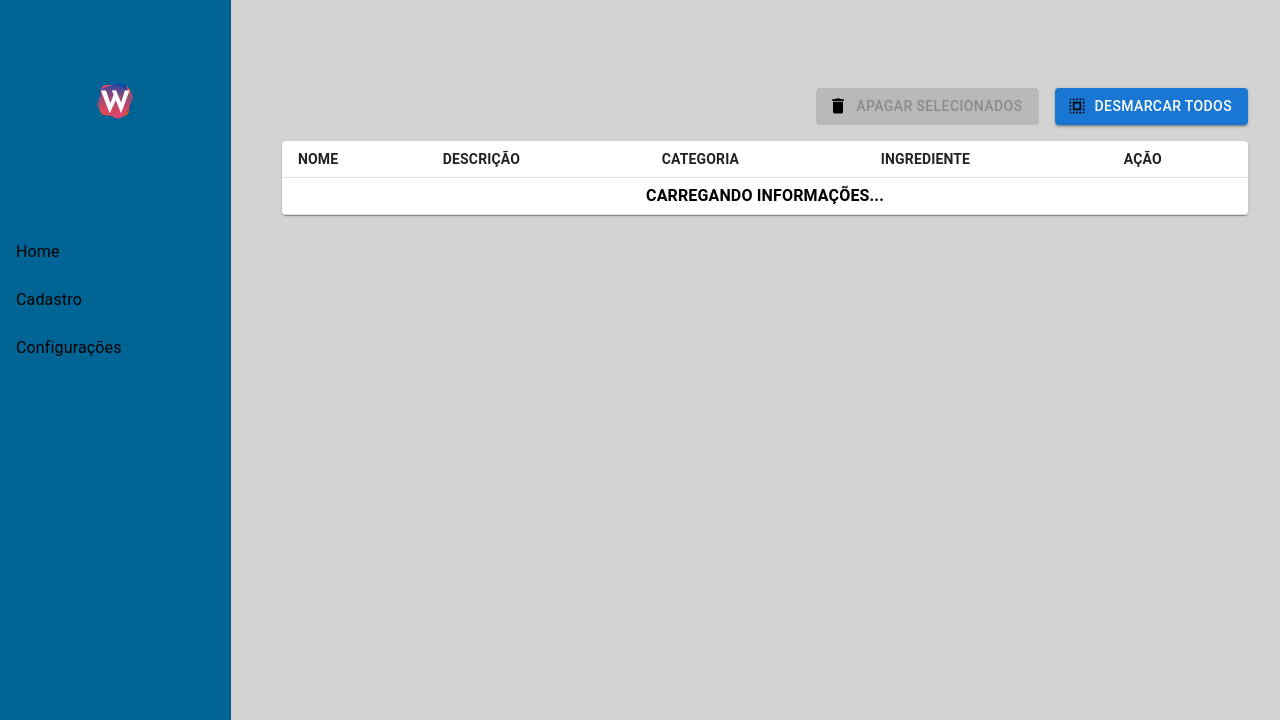
Repository: oZanella/projeto_windel_web_CRM
Page: /
An editor plug-in stored every save of this project. The page is shown before and after the next save, followed by the edit.
The browser window is 1280 px wide. The pictures show the whole page.
The page's requests for data from a server got no answer. The project was rebuilt for these pictures with package versions that can differ from the ones it lists, and the page was loaded fresh each time. No one was signed in, and anything a server would have sent is missing. Also part of the build but not shown: vite.config.js, src/routes/Configuracoes.jsx. Imported but missing from the stored project, and not drawn on this page: src/routes/Cadastro.jsx.

Above is the page before, as saved 2024-08-19 08:57:56.

### index.html
<!doctype html>
<html lang="en">

<head>
  <meta charset="UTF-8" />
  <link rel="icon" type="image/svg+xml" href="./src/image/LogoWindel.svg" />
  <link rel="stylesheet" href="src/style/GlobalStyles.css" />
  <link href="https://fonts.googleapis.com/css2?family=Playfair+Display&display=swap" rel="stylesheet">

  <meta name="viewport" content="width=device-width, initial-scale=1.0" />
  <title>Projeto Teste - CRM </title>
</head>

<body>
  <div id="root"></div>
  <script type="module" src="/src/main.jsx"></script>
</body>

</html>

### src/style/GlobalStyles.css
:root {
  --click: #7fa8c4;
  --primary: #E8F1F2;
  --darkblue: #13293D;
  --secondary: #000000;
  --ligthblue: #1b98e0;
  --animation: #006494;
  --ligthkgrey: #D3D3D3;
  --blueceledron: #247ba0;
  --delete: #FF0000;
}

* {
    color: var(--secondary);
}

body {
  background-color: var(--ligthkgrey);
}

### src/main.jsx
import { createBrowserRouter, RouterProvider, Navigate } from "react-router-dom"
import { createRoot } from 'react-dom/client'
import { StrictMode } from 'react'
import { App } from './App.jsx'

import './style/GlobalStyles.css'

//páginas do projeto
import { Cadastro } from './routes/Cadastro.jsx'
import { Home } from './routes/Home.jsx'
import { Configuracoes } from './routes/configuracoes.jsx'

const router = createBrowserRouter([
  {
    element: <App />,
    children: [
      {
        path: '/',
        element: <Navigate to="/home" replace />,
      },
      {
        path: '/home',
        element: <Home />,
      },
      {
        path: '/cadastro',
        element: <Cadastro />,
      },
      {
        path: '/configuracoes',
        element: <Configuracoes />,
      },
    ],
  },
])

createRoot(document.getElementById('root')).render(
  <StrictMode>
    <RouterProvider router={router} />
  </StrictMode>,
)

### src/App.jsx
import { Header } from './components/Header'
import { Outlet } from 'react-router-dom'
import { Box } from '@mui/material'
import './style/GlobalStyles.css'

export function App() {
  return (
    <Box sx={{ p: { xs: 2, sm: 3 }, marginTop: { xs: 8, sm: 8 } }}>
      <Header />
      <Box>
        <Outlet />
      </Box>
    </Box>
  );
}

### src/routes/Home.jsx
import React, { useEffect, useState } from 'react';
import { Box, TextField, Button, Dialog, DialogActions, DialogContent, DialogTitle, Select, MenuItem, FormControl, InputLabel } from '@mui/material';

import { handleShowDetails, handleEdit, handleSave, handleInputChange } from '../components/Handle';
import { CardDados } from '../components/TableHome';

import { blogFetch } from '../axios/config';


export const Home = () => {
  const [posts, setPosts] = useState([]);
  const [selectInfo, setSelectInfo] = useState(null);
  const [modeEdit, setModeEdit] = useState(null);
  const [dataEdit, setDataEdit] = useState({});
  const [openAddDialog, setOpenAddDialog] = useState(false);
  const [newPost, setNewPost] = useState({ name: '', description: '', category: '' });

  const getPosts = async () => {
    try {
      const response = await blogFetch.get("/recipe");
      const uniqueData = response.data.filter((value, index, self) =>
        index === self.findIndex((t) => t.id === value.id)
      );
      setPosts(uniqueData); // Garante que não tenha dados duplicados
    } catch (error) {
      console.log(error);
    }
  };

  useEffect(() => {
    getPosts();
  }, []);

  const handleDelete = async (postId) => {
    try {
      await blogFetch.delete(`/recipe/${postId}`);
      setPosts(posts.filter(post => post.id !== postId));
      console.log('Post deletado com sucesso');
    } catch (error) {
      console.error('Erro ao deletar o post', error);
    }
  };

  const handleAddOpen = () => setOpenAddDialog(true);
  const handleAddClose = () => setOpenAddDialog(false);

  {/* API para envio do novo registro*/ }
  const handleAdd = async () => {
    try {
      const newPostFormatted = {
        name: newPost.name,
        description: newPost.description,
        ingredients: [],
        category: newPost.category,
        isFavorite: newPost.isFavorite
      };

      const response = await blogFetch.post("/recipe", newPostFormatted);
      setPosts([...posts, response.data]);
      setNewPost({ name: '', description: '', category: '', isFavorite: false });
      handleAddClose();
      console.log('Post adicionado com sucesso');
    } catch (error) {
      console.error('Erro ao adicionar o post', error);
    }
  };

  return (
    <Box>
      {/* Dados para Adicionar Novo Registro */}
      <Dialog open={openAddDialog} onClose={handleAddClose}>
        <DialogTitle>Adicionar Novo Registro</DialogTitle>
        <DialogContent>
          <TextField
            name="name"
            label="Nome"
            value={newPost.name}
            onChange={(e) => setNewPost({ ...newPost, name: e.target.value })}
            fullWidth
            sx={{ marginBottom: 2 }}
          />
          <TextField
            name="description"
            label="Descrição"
            value={newPost.description}
            onChange={(e) => setNewPost({ ...newPost, description: e.target.value })}
            fullWidth
            sx={{ marginBottom: 2 }}
          />
          <TextField
            name="category"
            label="Categoria"
            value={newPost.category}
            onChange={(e) => setNewPost({ ...newPost, category: e.target.value })}
            fullWidth
            sx={{ marginBottom: 2 }}
          />
          <FormControl fullWidth sx={{ marginBottom: 2 }}>
            <InputLabel>Favorito</InputLabel>
            <Select
              name="isFavorite"
              value={newPost.isFavorite}
              onChange={(e) => setNewPost({ ...newPost, isFavorite: e.target.value })}
              label="Favorito"
            >
              <MenuItem value={true}>Sim</MenuItem>
              <MenuItem value={false}>Não</MenuItem>

            </Select>
          </FormControl>
        </DialogContent>
        <DialogActions>
          <Button onClick={handleAddClose}>Cancelar</Button>
          <Button onClick={handleAdd}>Adicionar</Button>
        </DialogActions>
      </Dialog>

      <CardDados
        posts={posts}
        handleDelete={handleDelete}
        handleEdit={handleEdit}
        handleSave={handleSave}
        modeEdit={modeEdit}
        setModeEdit={setModeEdit}
        dataEdit={dataEdit}
        setDataEdit={setDataEdit}
        handleInputChange={handleInputChange}
        selectInfo={selectInfo}
        setSelectInfo={setSelectInfo}
        handleShowDetails={handleShowDetails}
      />
    </Box>
  );
};

### src/components/Header.jsx
import { AppBar, Toolbar, Typography, Box, IconButton, Drawer, List, ListItem, ListItemText } from '@mui/material';
import MenuIcon from '@mui/icons-material/Menu';
import Logo from '../image/LogoWindel.svg';
import { Link } from 'react-router-dom';
import React, { useState } from 'react';

export const Header = () => {
  const [isDrawerOpen, setIsDrawerOpen] = useState(false);

  const toggleDrawer = (open) => () => {
    setIsDrawerOpen(open);
  };

  const menuItems = [
    { text: 'Home', link: '/home' },
    { text: 'Cadastro', link: '/cadastro' },
    { text: 'Configurações', link: '/configuracoes' },
  ];

  return (
    <>
      {/* Mobile AppBar */}
      <AppBar
        position="fixed"
        sx={{
          display: { xs: 'flex', sm: 'none' },
          width: '100%',
          boxShadow: '0px 0.01px 11px var(--secondary)',
          top: 0,
          left: 0,
          backgroundColor: 'var(--darkblue)',
        }}
      >
        <Toolbar
          sx={{
            display: 'flex',
            justifyContent: 'space-between',
          }}
        >
          <IconButton
            edge="start"
            color="inherit"
            aria-label="menu"
            onClick={toggleDrawer(true)}
          >
            <MenuIcon />
          </IconButton>
          <Typography variant="h6" sx={{ flexGrow: 1 }}>
            Cooking Cake
          </Typography>
          <IconButton
            to={`/home`}
            sx={{
              cursor: 'default',
            }}
            component={Link}
            aria-label="logo"
          >
            <img src={Logo} alt="Logo" style={{ width: '50px', height: '40px' }} />
          </IconButton>
        </Toolbar>
      </AppBar>

      {/* Mobile Drawer */}
      <Drawer
        anchor="left"
        open={isDrawerOpen}
        onClose={toggleDrawer(false)}
        sx={{
          display: { xs: 'block', sm: 'none' },
          '& .MuiDrawer-paper': {
            width: 240,
            backgroundColor: 'var(--darkblue)',
          },
        }}
      >
        <Box sx={{ padding: 2, display: 'flex', flexDirection: 'column', alignItems: 'center' }}>
          <IconButton
            to={`/home`}
            sx={{ cursor: 'default' }}
            component={Link}
            aria-label="logo"
          >
            <img src={Logo} alt="Logo" style={{ width: '80px', height: '60px' }} />
          </IconButton>
        </Box>
        <List>
          {menuItems.map((item) => (
            <ListItem key={item.text} component={Link} to={item.link} onClick={toggleDrawer(false)}>
              <ListItemText primary={item.text} />
            </ListItem>
          ))}
        </List>
      </Drawer>

      {/* Desktop Drawer */}
      <Drawer
        variant="permanent"
        sx={{
          display: { xs: 'none', sm: 'block' },
          '& .MuiDrawer-paper': {
            width: 230,
            backgroundColor: 'var(--animation)',
          },
        }}
        open
      >
        <Toolbar />

        <Box sx={{ mb: 10, display: 'flex', flexDirection: 'column', alignItems: 'center' }}>
          <IconButton
            to={`/home`}
            sx={{ cursor: 'default' }}
            component={Link}
            aria-label="logo"
          >
            <img src={Logo} alt="Logo" style={{ width: '80px', height: '60px' }} />
          </IconButton>
        </Box>

        <Box sx={{ overflow: 'auto' }}>
          <List>
            {menuItems.map((item) => (
              <ListItem key={item.text} component={Link} to={item.link}>
                <ListItemText primary={item.text} />
              </ListItem>
            ))}
          </List>
        </Box>
      </Drawer>
    </>
  );
};

### src/components/Handle.jsx

import { blogFetch } from '../axios/config';


export const handleShowDetails = (post, setSelectInfo, selectInfo) => {
  if (selectInfo?.id === post.id) {
    setSelectInfo(null); // Fecha se já estiver aberto
  } else {
    setSelectInfo(post); // Abre o post atual
  }
};

export const handleEdit = (post, setModeEdit, setDataEdit) => {
  setModeEdit(post.id);
  setDataEdit(post);
};

//continua com erro, verificar!!
export const handleSave = async (postId, updateData) => {
  try {
    // Envie uma requisição PUT ou POST para salvar os dados atualizados
    const response = await blogFetch.put(`/blogFetch/posts/${postId}`, updateData);
    console.log('Dados salvos com sucesso', response.data);

  } catch (error) {
    console.error('Erro de API', error);
  }
};

export const handleInputChange = (e, setDataEdit) => {
  setDataEdit(prevDataEdit => ({ ...prevDataEdit, [e.target.name]: e.target.value }));
};

### src/components/TableHome.jsx
import React, { useState, useEffect } from 'react';
import {
  Table, TableBody, TableCell, TableContainer, TableHead, TableRow, Typography, Box, Button, IconButton, TextField, Dialog, DialogContent, DialogActions, FormControlLabel, Switch, Chip, Paper, Checkbox
} from '@mui/material';
import EditIcon from '@mui/icons-material/Edit';
import SaveIcon from '@mui/icons-material/Save';
import AddIcon from '@mui/icons-material/Add';
import CloseIcon from '@mui/icons-material/Close';
import DeleteIcon from '@mui/icons-material/Delete';
import SelectAllIcon from '@mui/icons-material/SelectAll';
import axios from 'axios';

const API_BASE_URL = 'https://teste-tecnico-front-api.up.railway.app';

export const CardDados = ({
  posts, setPosts, handleDelete
}) => {
  const [openModal, setOpenModal] = useState(false);
  const [currentPost, setCurrentPost] = useState(null);
  const [dataEdit, setDataEdit] = useState({});
  const [newIngredient, setNewIngredient] = useState('');
  const [selectedPosts, setSelectedPosts] = useState([]);

  useEffect(() => {
    if (currentPost) {
      setDataEdit({ ...currentPost });
    }
  }, [currentPost]);

  const handleEditOpen = (post) => {
    setCurrentPost(post);
    setOpenModal(true);
  };

  const handleEditClose = () => {
    setOpenModal(false);
    setCurrentPost(null);
    setNewIngredient('');
  };

  const handleSaveModal = async () => {
    if (currentPost) {
      try {
        await axios.put(`${API_BASE_URL}/posts/${currentPost.id}`, dataEdit);
        const response = await axios.get(`${API_BASE_URL}/posts`);
        setPosts(response.data);
        handleEditClose();
      } catch (error) {
        console.error('Error ao salvar:', error);
      }
    }
  };

  const handleAddIngredient = () => {
    if (newIngredient.trim() !== '') {
      setDataEdit((prevData) => ({
        ...prevData,
        ingredients: [...(prevData.ingredients || []), newIngredient.trim()],
      }));
      setNewIngredient('');
    }
  };

  const handleRemoveIngredient = (ingredientToRemove) => {
    setDataEdit((prevData) => ({
      ...prevData,
      ingredients: (prevData.ingredients || []).filter((ingredient) => ingredient !== ingredientToRemove),
    }));
  };

  const handleSelectAll = () => {
    if (selectedPosts.length === posts.length) {
      setSelectedPosts([]);
    } else {
      setSelectedPosts(posts.map(post => post.id));
    }
  };

  const handleDeleteSelected = async () => {
    try {
      await Promise.all(selectedPosts.map(id => axios.delete(`${API_BASE_URL}/posts/${id}`)));
      const response = await axios.get(`${API_BASE_URL}/posts`);
      setPosts(response.data);
      setSelectedPosts([]);
    } catch (error) {
      console.error('Error ao apagar os registros:', error);
    }
  };

  const handleSelectPost = (id) => {
    setSelectedPosts(prevSelected =>
      prevSelected.includes(id)
        ? prevSelected.filter(postId => postId !== id)
        : [...prevSelected, id]
    );
  };

  return (
    <>
      <Box sx={{ display: 'flex', justifyContent: 'flex-end', mb: 2 }}>
        <Button
          variant="contained"
          color="error"
          startIcon={<DeleteIcon />}
          onClick={handleDeleteSelected}
          disabled={selectedPosts.length === 0}
          sx={{ marginRight: 2 }}
        >
          Apagar Selecionados
        </Button>
        <Button
          variant="contained"
          color="primary"
          startIcon={<SelectAllIcon />}
          onClick={handleSelectAll}
        >
          {selectedPosts.length === posts.length ? 'Desmarcar Todos' : 'Selecionar Todos'}
        </Button>
      </Box>

      {/* Tabela aonde aparece os dados
      Dentro do TableContainer tem um calculo que é feito por conta do menu lateral*/}
      <TableContainer component={Paper} sx={{ overflowX: 'auto', width: { xs: '100%', sm: 'calc(100% - 250px)' }, ml: { sm: '250px' } }}>
        <Table size='small'>
          <TableHead>
            <TableRow>
              <TableCell sx={{ fontWeight: 'bold', textTransform: 'uppercase' }}>Nome</TableCell>
              <TableCell sx={{ fontWeight: 'bold', textTransform: 'uppercase' }}>Descrição</TableCell>
              <TableCell sx={{ fontWeight: 'bold', textTransform: 'uppercase' }}>Categoria</TableCell>
              <TableCell sx={{ fontWeight: 'bold', textTransform: 'uppercase' }}>Ingrediente</TableCell>
              <TableCell sx={{ fontWeight: 'bold', textTransform: 'uppercase' }}>Ação</TableCell>
            </TableRow>
          </TableHead>
          <TableBody>
            {posts.length === 0 ? (
              <TableRow>
                <TableCell colSpan={5} align="center">
                  <Typography variant="body1" sx={{ fontWeight: 'bold', textTransform: 'uppercase' }}>Carregando informações...</Typography>
                </TableCell>
              </TableRow>
            ) : (
              posts.map((post) => (
                <TableRow sx={{ height: 'auto' }} key={post.id}>
                  <TableCell sx={{ padding: '8px' }}>
                    {post.name}
                  </TableCell>
                  <TableCell sx={{ padding: '8px' }}>{post.description}</TableCell>
                  <TableCell sx={{ padding: '8px' }}>{post.category}</TableCell>

                  <TableCell sx={{ padding: '8px' }}>
                    <Box sx={{
                      display: 'flex',
                      flexWrap: 'wrap',
                      overflowX: 'auto',
                      gap: 1,
                      width: '100%',
                    }}>
                      {post.ingredients && post.ingredients.length > 0 ? (
                        post.ingredients.map((ingredient) => (
                          <Box
                            key={ingredient.id}
                            sx={{
                              display: 'flex',
                              flexDirection: 'column',
                              alignItems: 'flex-start',
                              marginRight: 1,
                              marginBottom: 1,
                            }}
                          >
                            <Typography variant="body1">{ingredient.name}</Typography>
                            <Typography variant="body2" color="textSecondary">
                              Quantidade: {ingredient.quantity}
                            </Typography>
                          </Box>
                        ))
                      ) : (
                        <Typography variant="body2">Nenhum ingrediente disponível</Typography>
                      )}
                    </Box>
                  </TableCell>

                  <TableCell>
                    <Box sx={{ display: 'flex', alignItems: 'center' }}>
                      <Checkbox
                        checked={selectedPosts.includes(post.id)}
                        onChange={() => handleSelectPost(post.id)}
                        color="primary"
                      />
                      <IconButton
                        color="primary"
                        onClick={() => handleEditOpen(post)}
                        sx={{ mr: 1 }}
                      >
                        <EditIcon />
                      </IconButton>
                      <IconButton
                        color="error"
                        onClick={() => handleDelete(post.id)}
                      >
                        <DeleteIcon />
                      </IconButton>
                    </Box>
                  </TableCell>
                </TableRow>
              ))
            )}
          </TableBody>
        </Table>
      </TableContainer>

      {/* Modal de edição */}
      <Dialog open={openModal} onClose={handleEditClose} fullWidth maxWidth="sm">
        <DialogContent>
          {currentPost && (
            <Box component="form" sx={{ display: 'flex', flexDirection: 'column', gap: 2 }}>
              <TextField
                name="name"
                label="Nome"
                value={dataEdit.name || ''}
                onChange={(e) => setDataEdit({ ...dataEdit, name: e.target.value })}
                fullWidth
                sx={{ marginBottom: 2 }}
              />
              <TextField
                name="description"
                label="Descrição"
                value={dataEdit.description || ''}
                onChange={(e) => setDataEdit({ ...dataEdit, description: e.target.value })}
                fullWidth
                sx={{ marginBottom: 2 }}
              />
              <TextField
                name="category"
                label="Categoria"
                value={dataEdit.category || ''}
                onChange={(e) => setDataEdit({ ...dataEdit, category: e.target.value })}
                fullWidth
                sx={{ marginBottom: 2 }}
              />
              <FormControlLabel
                control={
                  <Switch
                    checked={dataEdit.isFavorite || false}
                    onChange={(e) => setDataEdit({ ...dataEdit, isFavorite: e.target.checked })}
                    color="primary"
                  />
                }
                label="Favorito"
              />
              <Box sx={{ display: 'flex', gap: 2 }}>
                <TextField
                  label="Novo Ingrediente"
                  value={newIngredient}
                  onChange={(e) => setNewIngredient(e.target.value)}
                  fullWidth
                  sx={{ marginBottom: 2 }}
                />
                <IconButton
                  color="primary"
                  onClick={handleAddIngredient}
                  disabled={!newIngredient.trim()}
                  sx={{ marginBottom: 2 }}
                >
                  <AddIcon />
                </IconButton>
              </Box>

              {dataEdit.ingredients && dataEdit.ingredients.length > 0 && (
                <Box sx={{ display: 'flex', flexWrap: 'wrap', gap: 1 }}>
                  {dataEdit.ingredients.map((ingredient, index) => (
                    <Chip
                      key={index}
                      label={ingredient}
                      onDelete={() => handleRemoveIngredient(ingredient)}
                      sx={{ marginBottom: 2 }}
                    />
                  ))}
                </Box>
              )}
            </Box>
          )}
        </DialogContent>
        <DialogActions>
          <Button onClick={handleEditClose} color="secondary" startIcon={<CloseIcon />}>
            Cancelar
          </Button>
          <Button onClick={handleSaveModal} color="primary" startIcon={<SaveIcon />}>
            Salvar
          </Button>
        </DialogActions>
      </Dialog>
    </>
  );
};

### src/axios/config.jsx
// src/axios/config.js
import axios from 'axios';

export const blogFetch = axios.create({
  baseURL: 'https://teste-tecnico-front-api.up.railway.app',
  headers: {
    'Content-Type': 'application/json',
  },
});

After the next save:
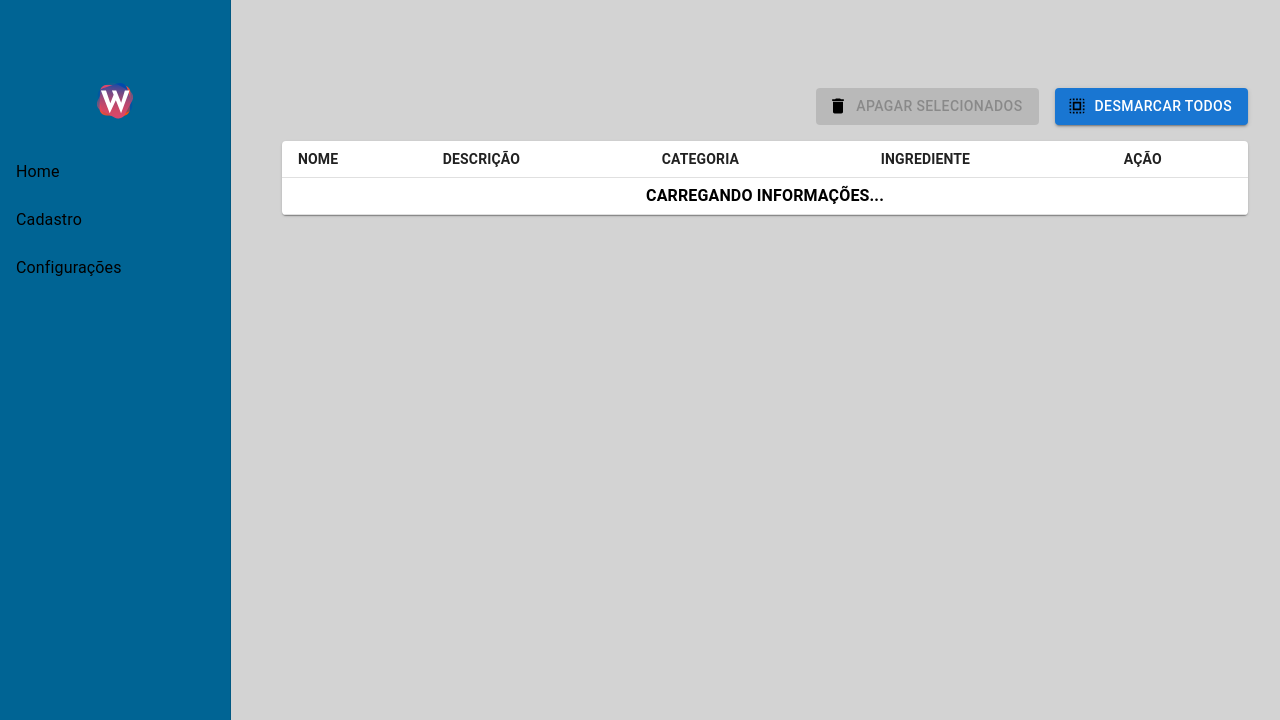
Saved 4 s later.
--- a/src/components/Header.jsx
+++ b/src/components/Header.jsx
@@ -107,7 +107,7 @@ export const Header = () => {
       >
         <Toolbar />
 
-        <Box sx={{ mb: 10, display: 'flex', flexDirection: 'column', alignItems: 'center' }}>
+        <Box sx={{ display: 'flex', flexDirection: 'column', alignItems: 'center' }}>
           <IconButton
             to={`/home`}
             sx={{ cursor: 'default' }}
